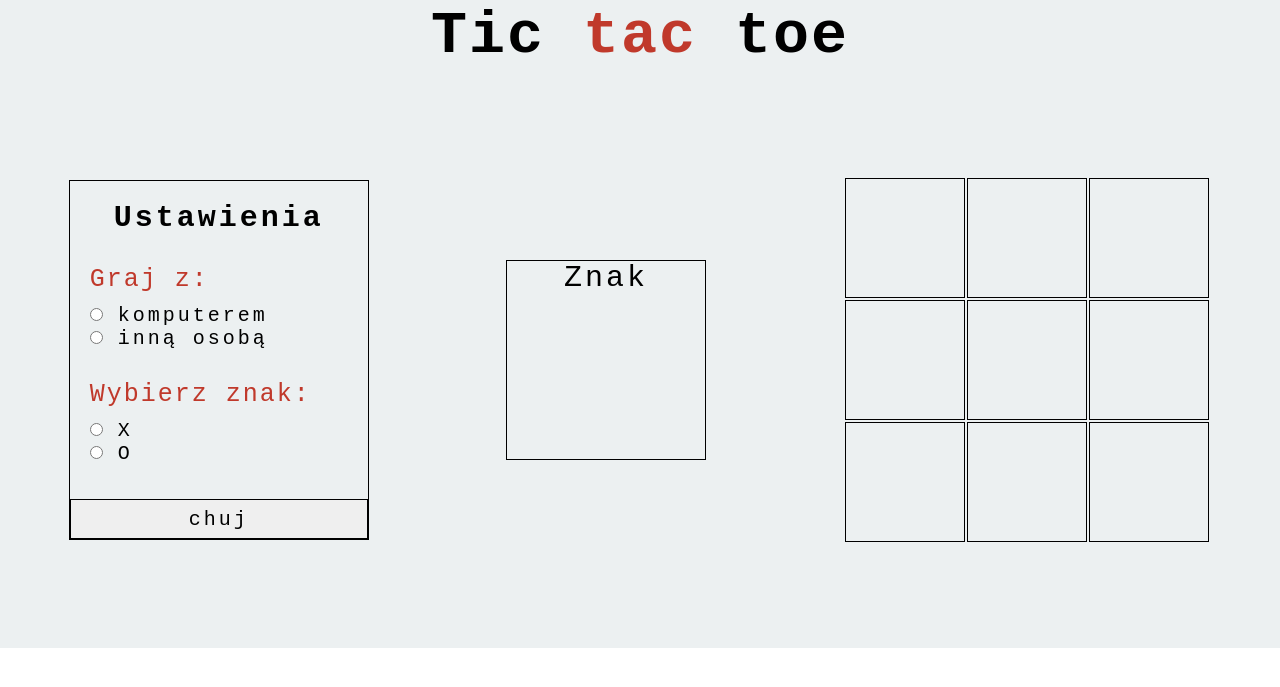
Repository: SebastianArmata22/Tic-Tac-Toe
Page: index.html
The author's editor kept a copy of each file at every save. The page is drawn from the files as they stood at one save, then again after the next save.
The browser window is 1280 px wide. The pictures show the whole page.
Some web fonts or font styles are not loaded; a fallback is used.

Above is the page before, as saved 2020-11-06 20:38:35.

After the next save:
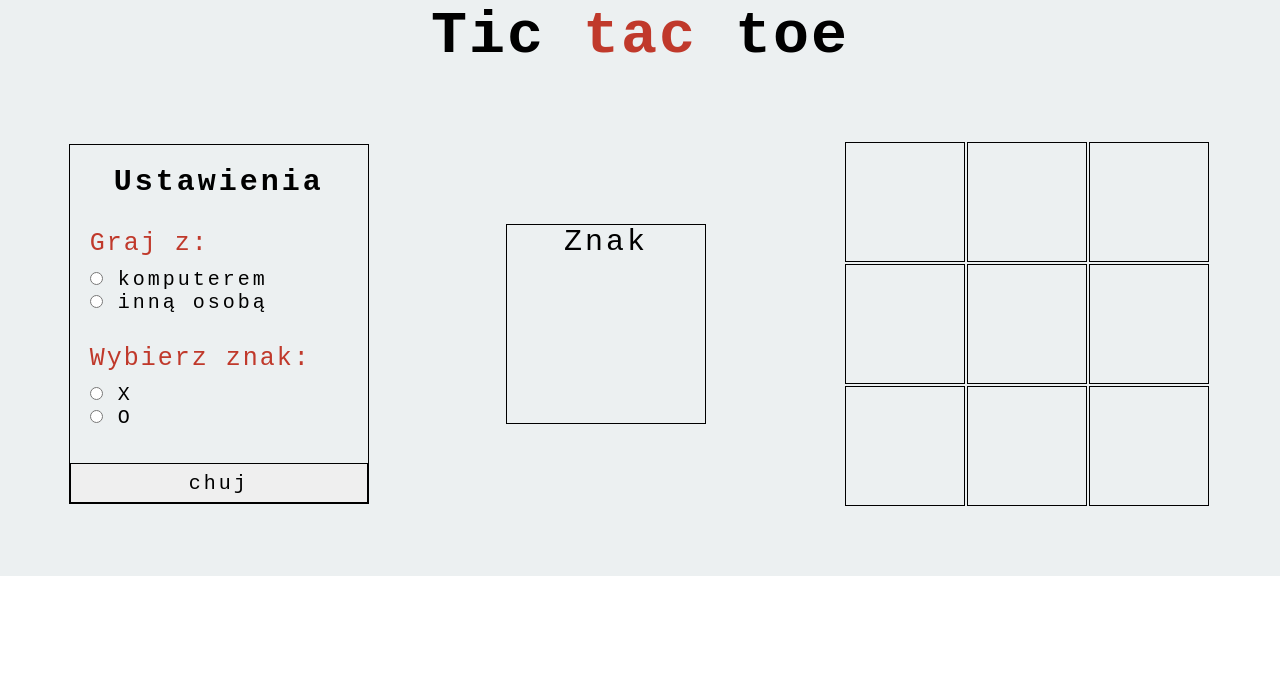
Saved 7 s later.
--- a/style.css
+++ b/style.css
@@ -21,7 +21,7 @@
     display: flex;
     justify-content:space-around;
     align-items: center;
-    min-height: 80vh;
+    min-height: 70vh;
     flex-wrap: wrap;
     background-color: #ecf0f1;
 
